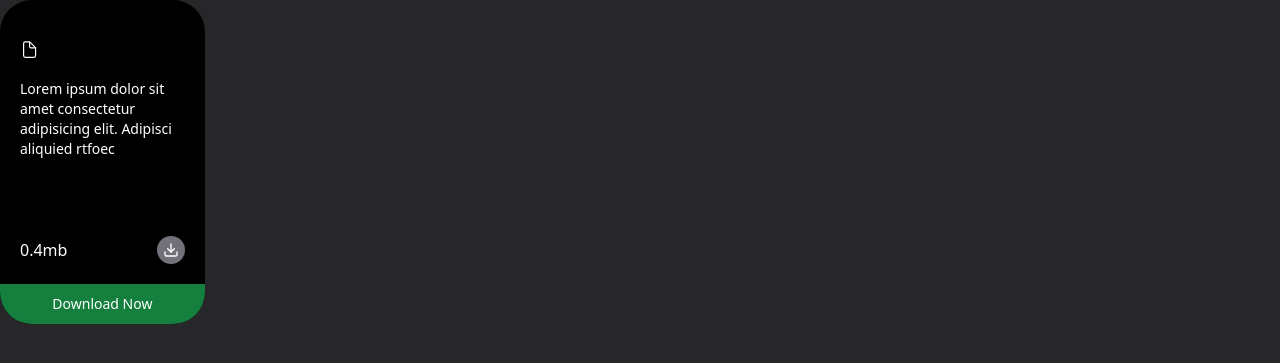
Repository: SharonSebastian32/dragable_cards
Page: /
These files come from the project's save history. The page is drawn as it stood at one moment and after a run of saves; the edit follows.
The browser window is 1280 px wide. The pictures show the whole page.
The project was rebuilt for these pictures with package versions that can differ from the ones it lists, and the page was loaded fresh each time. Also part of the build but not shown: vite.config.js.

Above is the page before, as saved 2024-08-21 10:35:31.

After the next 2 saves:
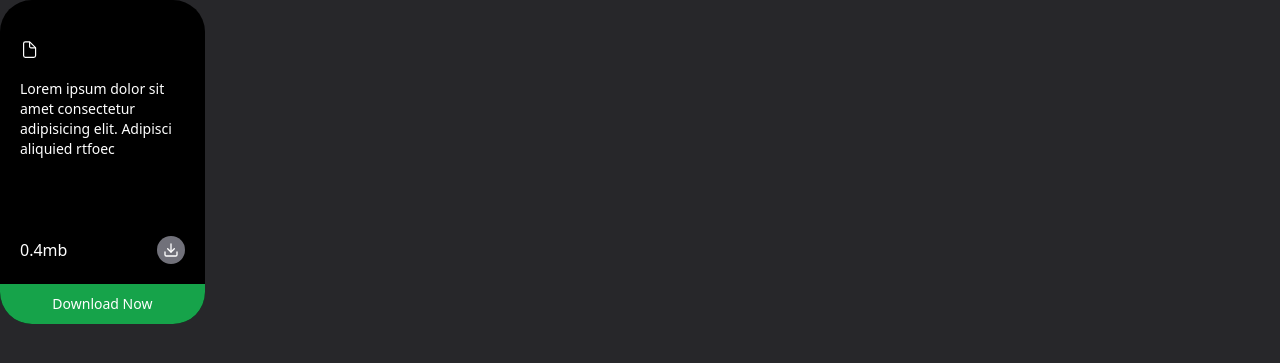
The 2 saves are shown as one change because they came seconds apart.
The last was saved 7 s later.
--- a/src/Components/Card.jsx
+++ b/src/Components/Card.jsx
@@ -16,7 +16,7 @@ const Card = () => {
             <LuDownload />{" "}
           </span>
         </div>{" "}
-        <div className="w-full h-10 bg-green-700 flex items-center justify-center cursor-pointer ">
+        <div className="w-full h-10 bg-green-600 flex items-center justify-center cursor-pointer ">
           <h2 className=" text-sm font-medium"> Download Now </h2>
         </div>
       </div>
